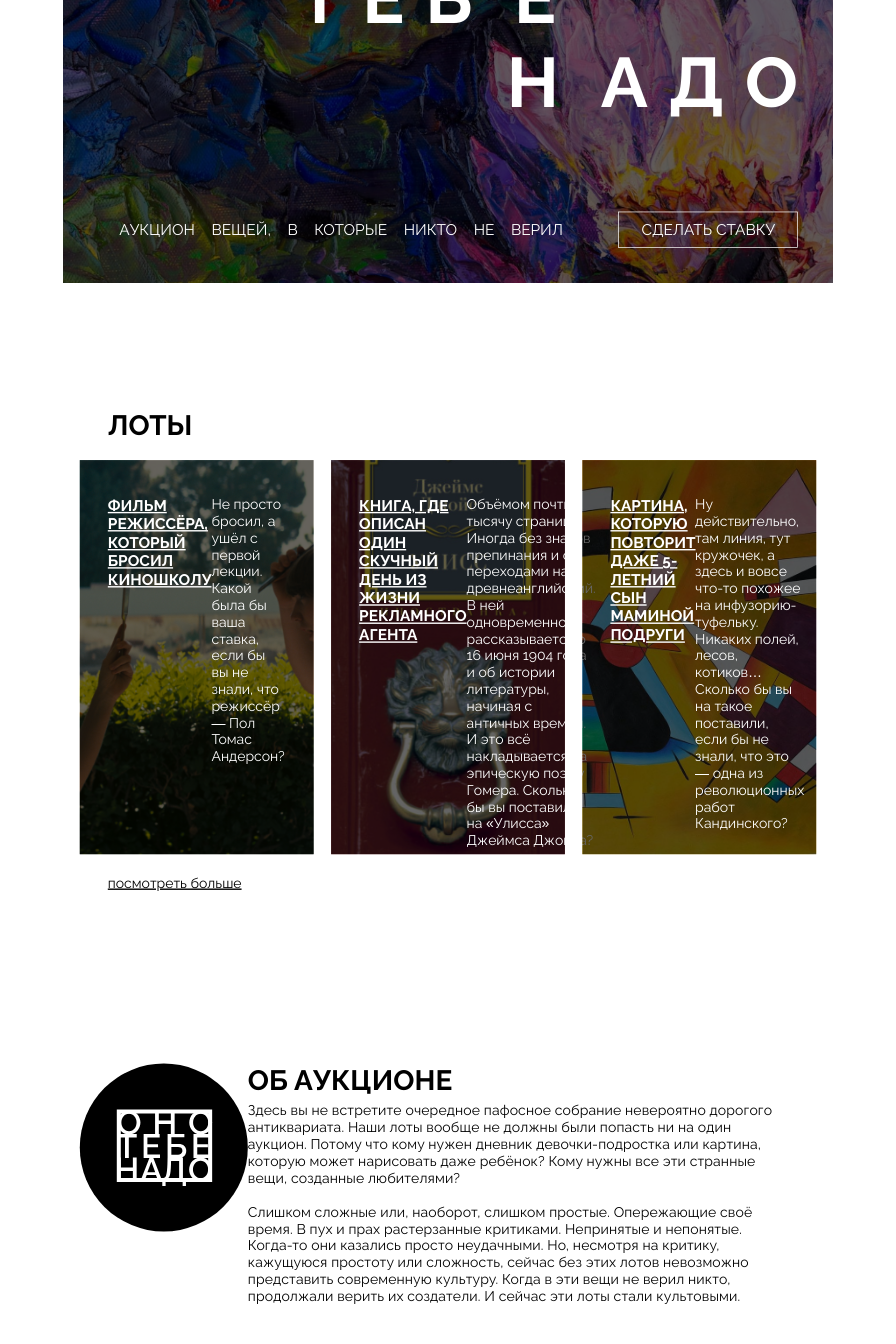
Repository: Smoyki/ono-tebe-nado
Page: index.html
An editor plug-in stored every save of this project. The page is shown before and after the next save, followed by the edit.
The browser window is 1280 px wide. The pictures show the part of the page from y = 645 to 2565 px (the page is 4724 px tall), at 70% of full size.

Above is the page before, as saved 2024-04-16 21:43:14.

After the next save:
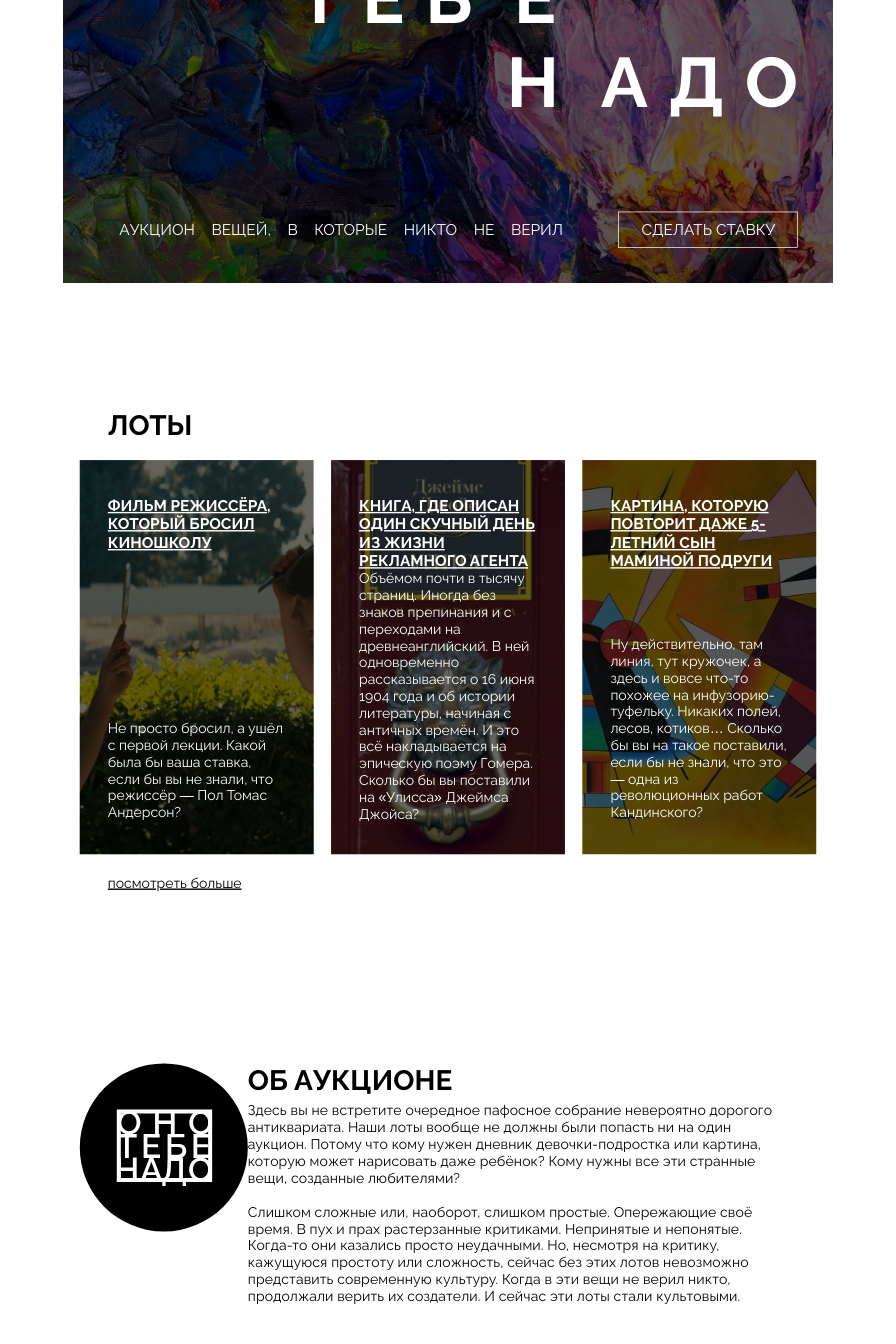
Saved 4 s later.
--- a/styles/style.css
+++ b/styles/style.css
@@ -270,6 +270,9 @@
   height: 100%;
   background: rgba(0, 0, 0, 0.6);
   padding: 51px 40px 48px 40px;
+  flex-direction: column;
+  justify-content: space-between;
+  text-align: left;
 }
 
 .lots__look-more-link {
